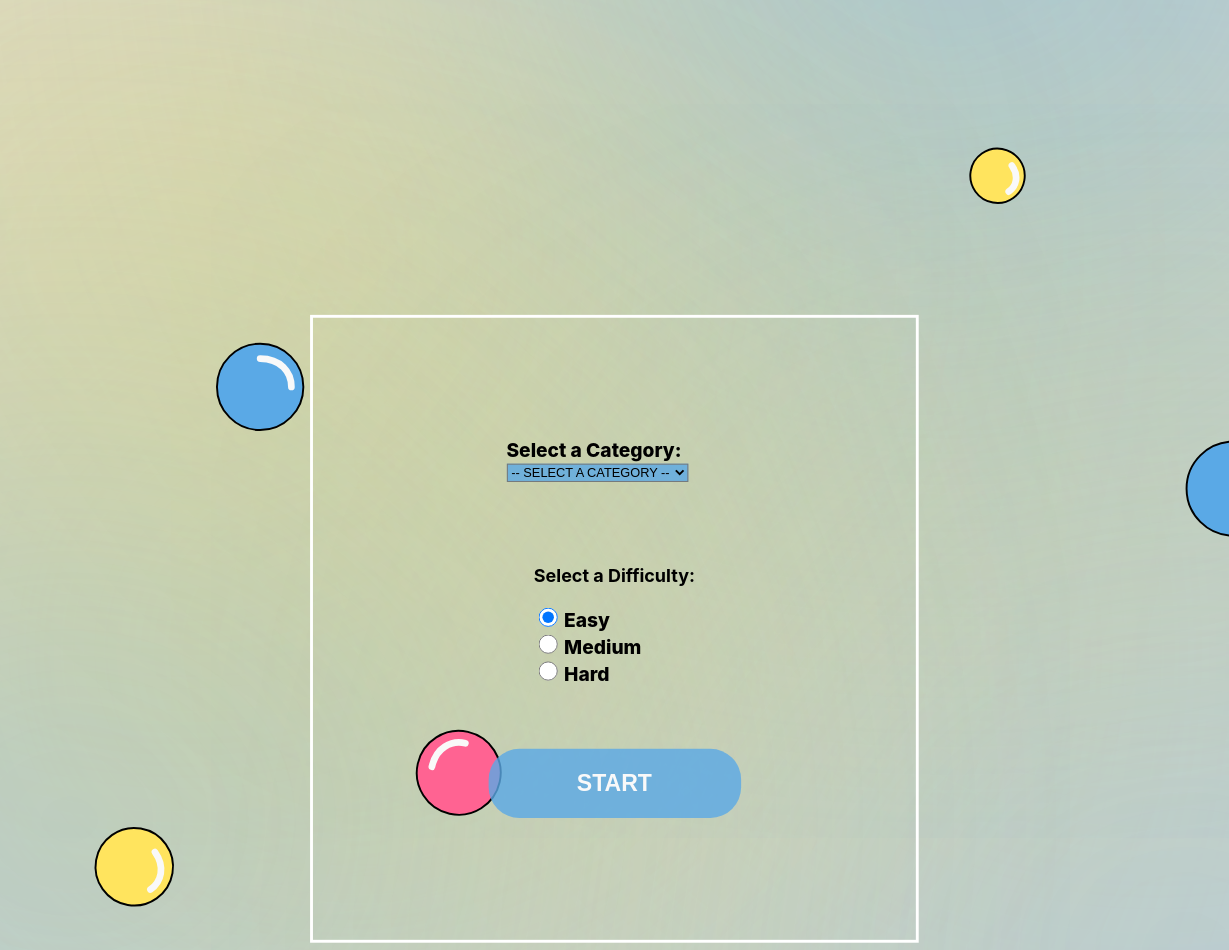
Repository: sierralaurent/SmartiePants
Page: trivia.html
The author's editor kept a copy of each file at every save. The page is drawn from the files as they stood at one save, then again after the next save.
The browser window is 1280 px wide. The pictures show the whole page, at 96% of full size.
The page's requests for data from a server got no answer.

Above is the page before, as saved 2023-05-16 12:50:13.
Console error: TypeError: Cannot read properties of null (reading 'addEventListener')

### trivia.html
<!DOCTYPE html>
<html lang="en">
<!--Page to select category and difficulty-->
<head>
  <meta charset="UTF-8">
  <title>SMARTIEPANTS | START TRIVIA</title>
  <link rel="stylesheet" href="trivia.css" />
</head>

<body>
  <div class="mainContainer">
    <div class="categoryContainer">
      <label for="category-dropdown">Select a Category:</label>
      <select id="category-dropdown">
      <option value="">-- SELECT A CATEGORY --</option>
    </select>
    </div>

    <div class="difficultyContainer">
      <h3>Select a Difficulty:</h3>
    <input type="radio" id="easy" name="difficulty" value="easy" checked>
    <label for="easy">Easy</label><br>
    <input type="radio" id="medium" name="difficulty" value="medium">
    <label for="medium">Medium</label><br>
    <input type="radio" id="hard" name="difficulty" value="hard">
    <label for="hard">Hard</label>
    </div>

    <a href="/quiz.html"><button class="startButton">START</button></a>
  </div>

  <script src="trivia.js"></script>
</body>

</html>

### trivia.css
body {
    background-image: url('./background.svg');
    display: flex;
    align-items: center;
    justify-content: center;
    padding-top: 25%;
    font-family: 'Inter', sans-serif;
    font-weight: 800;
    font-size: 16px;
}
.mainContainer {
    border: 3px solid white;
    display: flex;
    flex-direction: column;
    justify-content: center;
    align-items: center;
    padding: 10%;
    gap: 3rem;
}
.categoryContainer {
    padding-left: 20%;
    align-items: center;
    justify-content: center;

}

.difficultyContainer {
    padding: 5%;
    gap: 5%;
}
label {
    font-size: 20px;
}
input {
    cursor: pointer;
    height: 20px;
    width: 20px;
}
select {
    background-color:  rgba(90, 169, 230, 0.8);
}

.startButton {
    width: 16.438rem;
    height: 4.5rem;
    border-radius: 2rem;
    background-color: rgba(90, 169, 230, 0.8);
    border: none;
    color: #F9F9F9;
    font-size: 1.5rem;
    font-weight: 700;
    transition: 0.2s;
    user-select: none;
    cursor: pointer;
}

.startButton:hover {
    background-color: rgba(90, 169, 230, 1);
    transition: 0.2s;
    transform: translateY(-5px);
}

.startButton:active {
    background-color: rgba(90, 169, 230, 1);
    transition: 0.2s;
    transform: translateY(5px)
}

### trivia.js
// get the dropdown input and turns it into const
const categoryDropdown = document.getElementById("category-dropdown");
let display = '';
// fetches categories from api
fetch("https://opentdb.com/api_category.php")
  .then(response => response.json())
  .then(data => {
    // sets categories value to the data in the trivia_categories json from api
    const categories = data.trivia_categories;
    // sorts categories alphabetically
    categories.sort((a, b) => a.name.localeCompare(b.name));
    categories.forEach(category => {
      // for each category, it creates an element in the dropdown
      const option = document.createElement("option");
      option.value = category.id;
      option.text = category.name;
      categoryDropdown.add(option);
    });
  })
  // catches any errors
  .catch(error => console.error(error));



const startButton = document.getElementById("start-button");
const difficultyRadios = document.getElementsByName("difficulty");
let url = ''

// event listener for the start button. runs startQuiz function
startButton.addEventListener("click", startQuiz);

//sets the category to the value of what user picked in dropdown
function startQuiz() {
  const category = categoryDropdown.value;
  // sets diffiulty based on what user picked in radio buttons
  const difficulty = getSelectedRadioValue(difficultyRadios);
  //the url of what questions the api will give based on category and difficulty user picked
  url = `https://opentdb.com/api.php?amount=10&type=multiple${category ? `&category=${category}` : ""}${difficulty ? `&difficulty=${difficulty}` : ""}`;

  const quizContainer = document.getElementById("quizContainer");
  const settingsContainer = document.getElementById("settingsContainer")

  if (quizContainer.style.display === 'none') {
    settingsContainer.style.display = 'none'
    quizContainer.style.display = 'block';
  } else {
    quizContainer.style.display === 'none';
    settingsContainer.style.display = 'block'
  }

  const question = document.getElementById('question');
  const choices = Array.from(document.getElementsByClassName('choice-text'));
  const progressText = document.getElementById('progressText');
  const scoreText = document.getElementById('score');
  const progressBarFull = document.getElementById('progressBarFull');
  let currentQuestion = {};
  let acceptingAnswers = false;
  let score = 0;
  let questionCounter = 0;
  let availableQuesions = [];
  let questions = [];

  fetch(
    `${url}`
  )
    .then((res) => {
      return res.json();
    })
    .then((loadedQuestions) => {
      questions = loadedQuestions.results.map((loadedQuestion) => {
        const formattedQuestion = {
          question: loadedQuestion.question,
        };

        const answerChoices = [...loadedQuestion.incorrect_answers];
        formattedQuestion.answer = Math.floor(Math.random() * 4) + 1;
        answerChoices.splice(
          formattedQuestion.answer - 1,
          0,
          loadedQuestion.correct_answer
        );

        answerChoices.forEach((choice, index) => {
          formattedQuestion['choice' + (index + 1)] = choice;
        });

        return formattedQuestion;
      });
      startGame();
    })
    .catch((err) => {
      console.error(err);
    });

  //CONSTANTS
  const CORRECT_BONUS = 10;
  const MAX_QUESTIONS = 10;

  startGame = () => {
    questionCounter = 0;
    score = 0;
    availableQuesions = [...questions];
    getNewQuestion();
  };

  getNewQuestion = () => {
    if (availableQuesions.length === 0 || questionCounter >= MAX_QUESTIONS) {
      localStorage.setItem('mostRecentScore', score);
      //go to the end page
      return window.location.assign('/end.html');
    }
    questionCounter++;
    progressText.innerText = `Question ${questionCounter}/${MAX_QUESTIONS}`;
    //Update the progress bar
    progressBarFull.style.width = `${(questionCounter / MAX_QUESTIONS) * 100}%`;

    const questionIndex = Math.floor(Math.random() * availableQuesions.length);
    currentQuestion = availableQuesions[questionIndex];
    question.innerText = currentQuestion.question;

    choices.forEach((choice) => {
      const number = choice.dataset['number'];
      choice.innerText = currentQuestion['choice' + number];
    });

    availableQuesions.splice(questionIndex, 1);
    acceptingAnswers = true;
  };

  choices.forEach((choice) => {
    choice.addEventListener('click', (e) => {
      if (!acceptingAnswers) return;

      acceptingAnswers = false;
      const selectedChoice = e.target;
      const selectedAnswer = selectedChoice.dataset['number'];

      const classToApply =
        selectedAnswer == currentQuestion.answer ? 'correct' : 'incorrect';

      if (classToApply === 'correct') {
        incrementScore(CORRECT_BONUS);
      }

      selectedChoice.parentElement.classList.add(classToApply);

      setTimeout(() => {
        selectedChoice.parentElement.classList.remove(classToApply);
        getNewQuestion();
      }, 1000);
    });
  });

  incrementScore = (num) => {
    score += num;
    scoreText.innerText = score;
  };


  console.log(url)
}

function getSelectedRadioValue(radios) {
  for (let i = 0; i < radios.length; i++) {
    if (radios[i].checked) {
      return radios[i].value;
    }
  }
  return null;
}

After the next save:
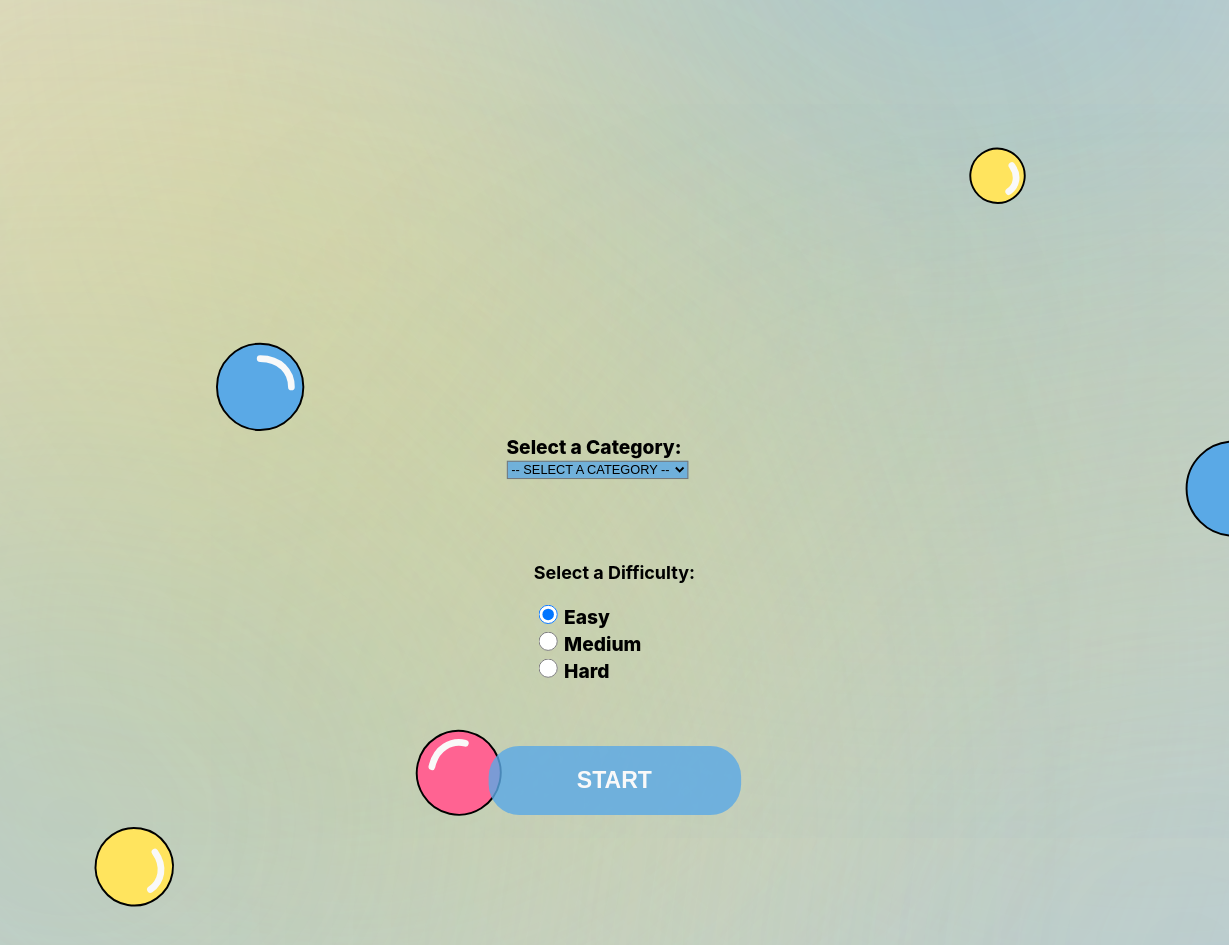
Saved 41 s later.
--- a/trivia.css
+++ b/trivia.css
@@ -9,7 +9,6 @@ body {
     font-size: 16px;
 }
 .mainContainer {
-    border: 3px solid white;
     display: flex;
     flex-direction: column;
     justify-content: center;
